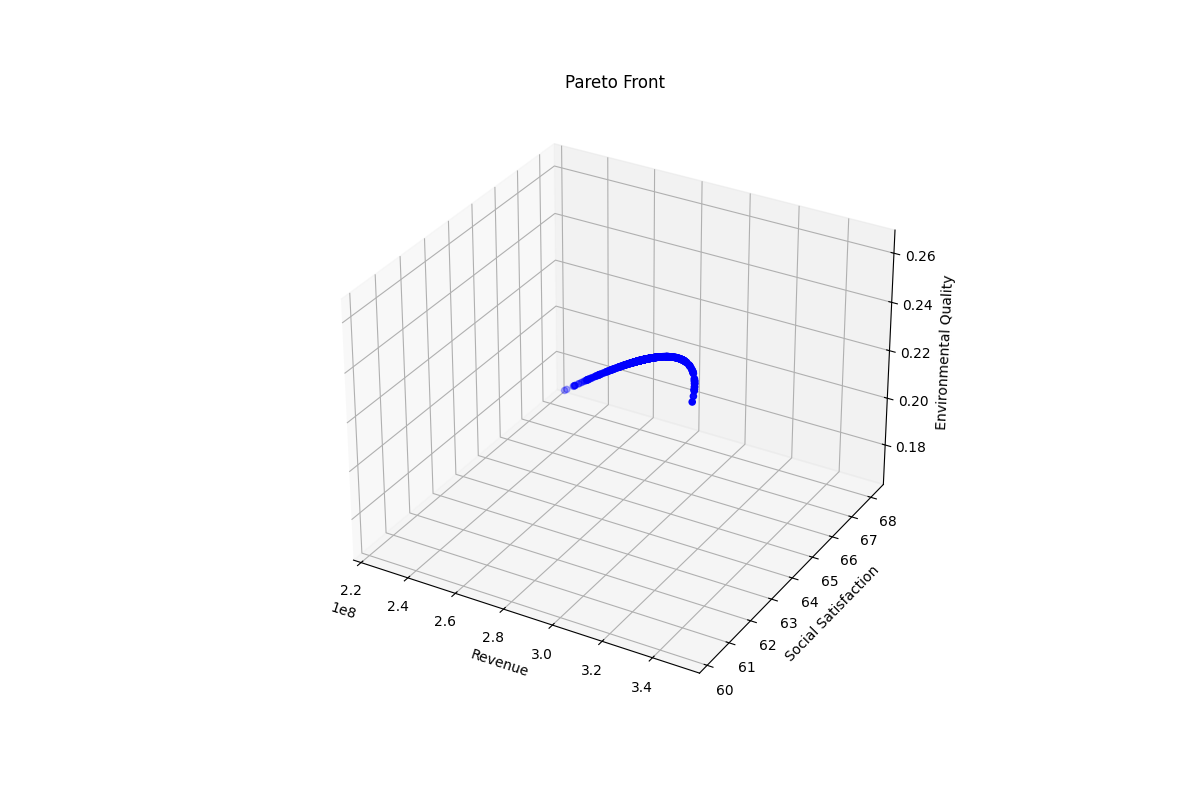
Repository: Kevinye0116/MCM
Script's output: python Coding/trial3.py
The author's editor kept a copy of each file at every save. The script's output is drawn from the files as they stood at one save, then again after the next save.
Random numbers start from a fixed seed.

Above is the script's output before, as saved 2025-01-25 22:59:41.

After the next save:
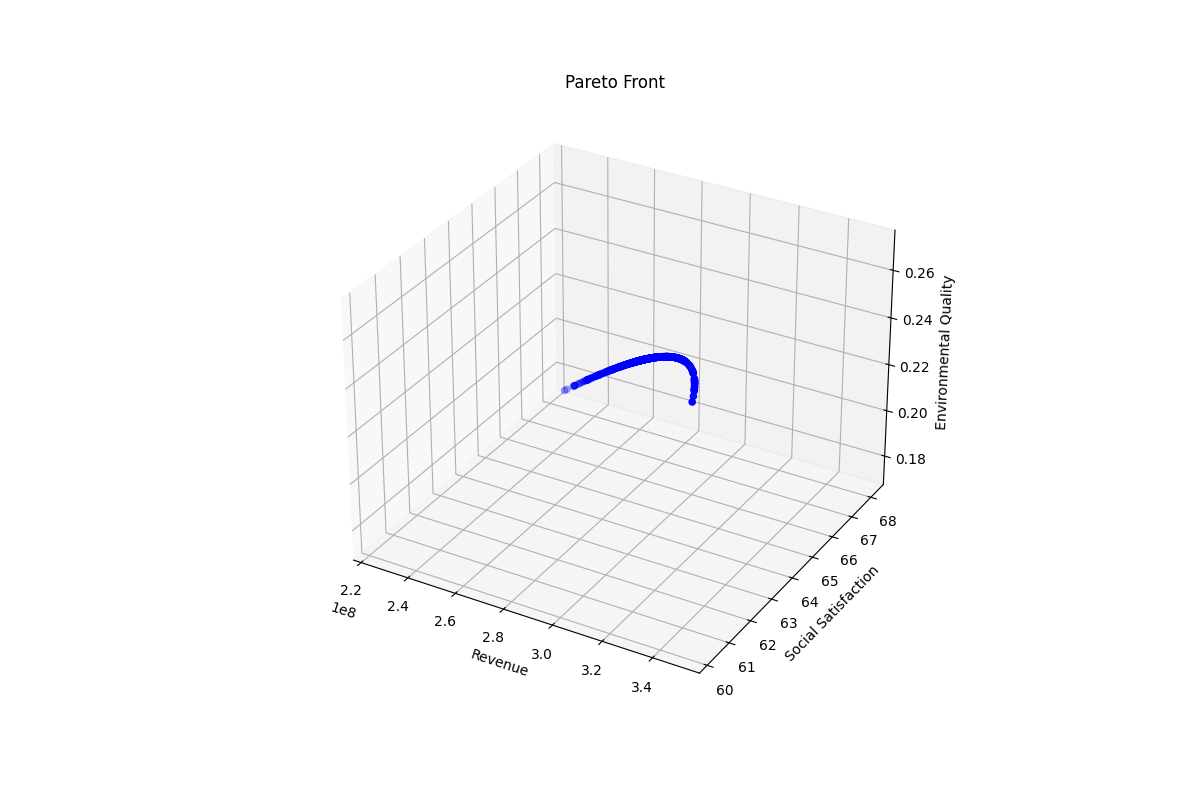
Saved 3 min 20 s later.
--- a/Coding/trial3.py
+++ b/Coding/trial3.py
@@ -8,9 +8,9 @@ from mpl_toolkits.mplot3d import Axes3D
 class TourismOptimization:
     def __init__(self):
         # 模型系数
-        self.k1 = 0.4  # 环保投资效率系数
+        self.k1 = 0.5  # 环保投资效率系数
         self.k2 = 0.3  # 碳排放影响系数
-        self.k3 = 0.3  # 自然恢复系数
+        self.k3 = 0.2  # 自然恢复系数
         self.k4 = 0.15  # 基础设施发展系数
         self.k5 = 0.3  # 基础设施投资系数
         self.k6 = 0.25  # 环保投资系数
@@ -27,7 +27,7 @@ class TourismOptimization:
         self.tau_max = 10  # 最大旅游税
         self.Pt = 190  # 固定游客消费为常数
         self.Pt_max = 190  # 更新最大游客消费为固定值
-        self.CO2_max = 8000000  # 最大碳排放量
+        self.CO2_max = 5000000  # 最大碳排放量
         self.E = 0  # 最小环境质量指数
 
         # 其他参数
